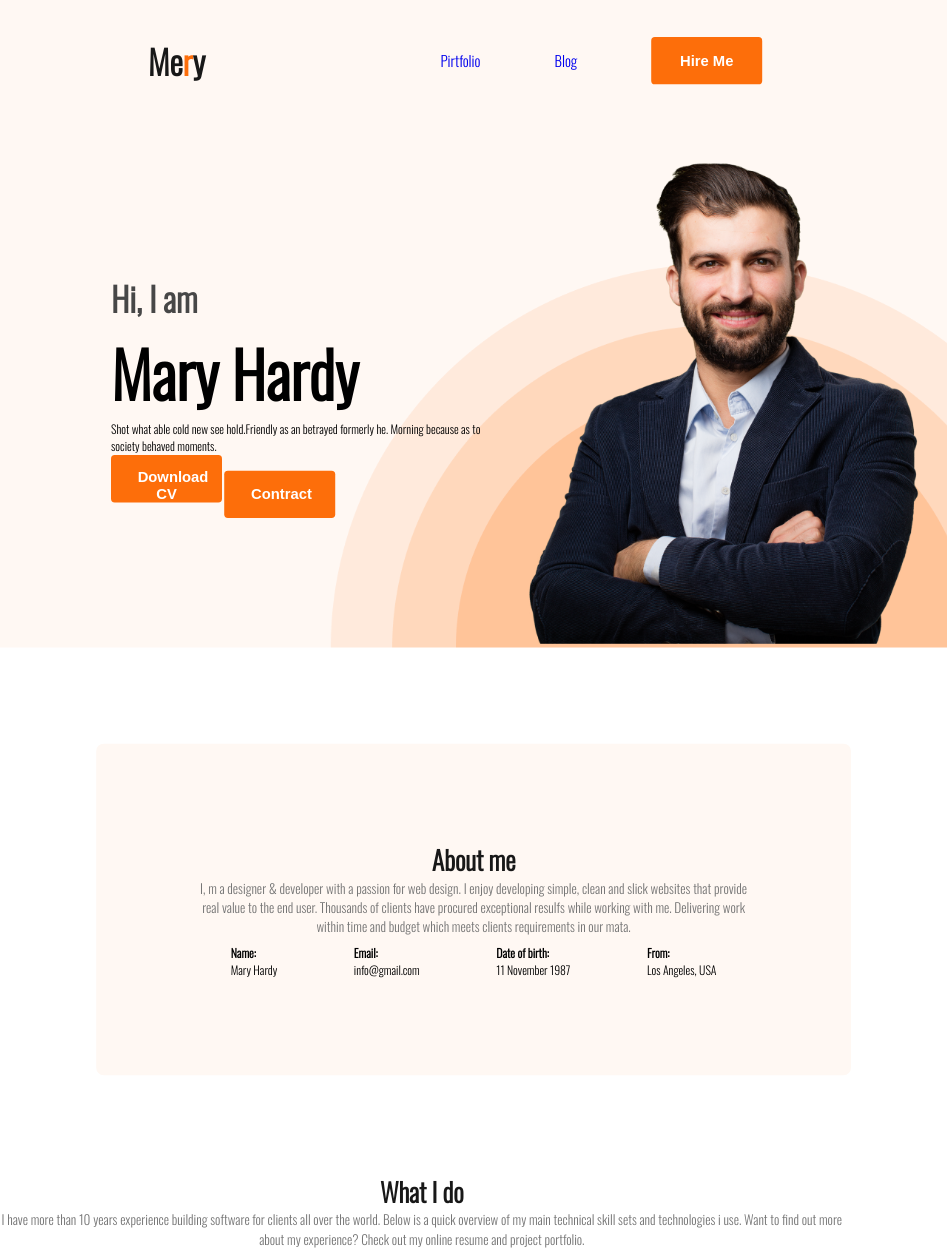
Repository: sumonkumarsarkar/my-website-personal
Page: index.html
These files come from the project's save history. The page is drawn as it stood at one moment and after the next save; the edit follows.
The browser window is 1280 px wide. The pictures show the whole page, at 74% of full size.

Above is the page before, as saved 2024-01-06 12:54:49.

### index.html
<!DOCTYPE html>
<html lang="en">
<head>
    <meta charset="UTF-8">
    <meta name="viewport" content="width=device-width, initial-scale=1.0">
    <title>My Personal Website</title>
    <link rel="preconnect" href="https://fonts.googleapis.com">
    <link rel="preconnect" href="https://fonts.gstatic.com" crossorigin>
    <link href="https://fonts.googleapis.com/css2?family=Open+Sans:wght@700;800&family=Oswald:wght@300&display=swap" rel="stylesheet">
    <link rel="stylesheet" href="./style.css">
</head>
<body>
    <header class="header">
        <nav>
            <h3 class="nav-title">Me<span class="text-primary">r</span>y</h3>
            <ul>
                <li ><a href="#">Pirtfolio</a></li>
                <li ><a href="#">Blog</a></li>
                <li ><button type="button" class="btn-button">Hire Me</button></li>
            </ul>
        </nav>

        <div class="banner">
            <div class="banner-part">
                <h3 class="banner-greeting">Hi, I  am</h3>
                <h1 class="banner-title">Mary Hardy</h1>
                <p>Shot what able cold new see hold.Friendly as an betrayed formerly he. Morning because as to society behaved moments.</p>
                <button type="button" class="btn-button">Download CV</button>
                <button class="btn-button" type="button">Contract</button>
            </div>
            <div>
        <img class="profile-picture" src="./images/hardy.png" alt="">
            </div>

        </div>
    </header>


    <!-- main section  -->

<main>
<section class="about">
     <h3 class="section-title">About me</h3>
     <p class="section-description">
        I, m a designer & developer with a passion for web design. I enjoy developing simple, clean and slick websites that provide real value to the end user. Thousands of clients have procured exceptional resulfs while working with me. Delivering work within time and budget which meets clients requirements in our mata.
     </p>

     <div class="about-info-container">
        <div class="about-info">
            <h4 class="info-titlt">Name:</h4>
            <p>Mary Hardy</p>
        </div>
        <div class="about-info">
            <h4 class="info-titlt">Email:</h4>
            <p>info@gmail.com</p>
        </div>
        <div class="about-info">
            <h4 class="info-titlt">Date of birth:</h4>
            <p>11 November 1987</p>
        </div>
        <div class="about-info">
            <h4 class="info-titlt">From:</h4>
            <p>Los Angeles, USA</p>
        </div>
     </div>
</section>



<section class="what-section">
    <h3 class="section-title">What I do</h3>
     <p class="section-description">
        I have more than 10 years experience building software for clients all over the world. Below is a quick overview of my main technical skill sets and technologies i use. Want to find out more about my experience? Check out my online resume and project portfolio.
     </p>
</section>


</main>

</body>
</html>

### style.css
* {
  margin: 0;
  padding: 0;
}
body {
  font-family: "Open Sans", sans-serif;
  font-family: "Oswald", sans-serif;
}
nav {
  display: flex;
  align-items: center;
  justify-content: space-between;
  margin: 0 200px;
}

.nav-title {
  font-size: 45px;
  color: #181818;
  line-height: normal;
  font-weight: 800;
}
.text-primary {
  color: #fd6e0a;
}
nav ul {
  display: flex;
  align-items: center;
}
nav a {
  text-decoration: none;
}
nav li {
  list-style: none;
  margin: 50px;
  font-size: 20px;
  color: #474747;
  text-align: center;
}

.section-title {
    color:#181818;
    text-align: center;
    font-size: 35px;
    font-weight: 700;
}
.section-description{
    color:#757575;
    text-align: center;
    font-size: 18px;

}

.btn-button {
  height: 64px;
  width: 150px;
  color: #ffff;
  background: #fd6e0a;
  border-radius: 5px;
  font-size: 20px;
  border: 0;
  font-weight: 700;
  padding: 18px 36px;
}

.header {
  background: #fff8f3;
  background-image: url(./images/header_bg.png);
  background-repeat: no-repeat;
  background-position: bottom right;
}
.banner {
  padding: 30px 30px 0 150px;
  display: flex;
  align-items: center;
  justify-content: space-between;
}
.banner-part {
  max-width: 500px;
}
.banner .profile-picture {
  height: 676px;
  width: 584px;
}
.banner-greeting {
  font-size: 45px;
  color: #474747;
  margin-bottom: 5px;
}
.banner-title {
  font-size: 85px;
  font-weight: 700;
  margin-top: 5px;
}

/* main section   */

main{
    max-width: 1140;
    margin: 0 auto;
}

/* about section  */
.about {
  padding: 130px;
  border-radius:10px;
  background: #fff8f3;
  margin:130px ;
}
.about-info-container{
    display: flex;
    justify-content:space-around;
    margin-top: 10px;
}
.about-info-container h4{
    margin: 0 auto;
}

.what-section{
    max-width: 1140px;
    align-items: center;
}

After the next save:
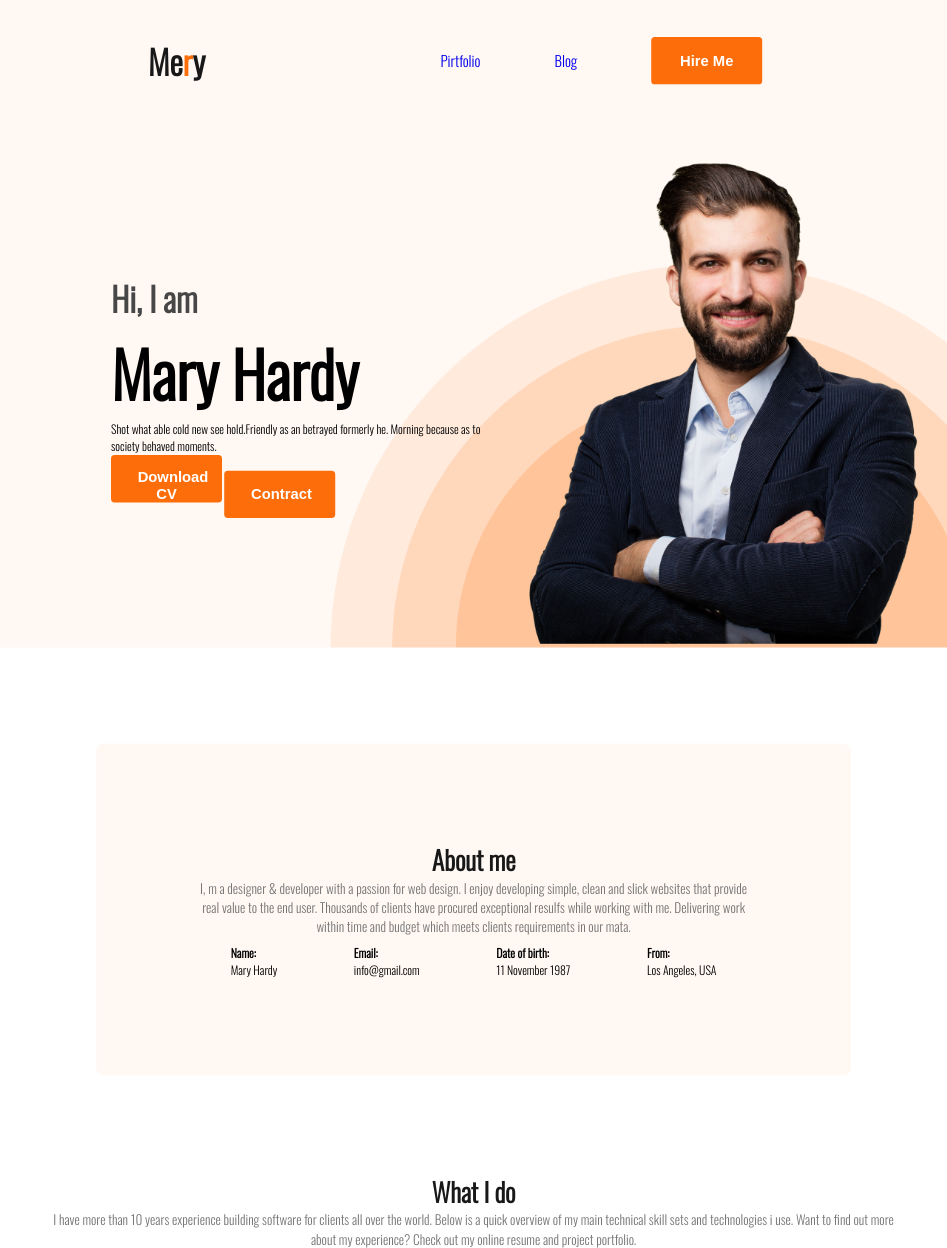
Saved 27 s later.
--- a/style.css
+++ b/style.css
@@ -112,10 +112,9 @@ main{
     margin-top: 10px;
 }
 .about-info-container h4{
+
+}
+.what-section{
+    max-width: 1140px;
     margin: 0 auto;
 }
-
-.what-section{
-    max-width: 1140px;
-    align-items: center;
-}
